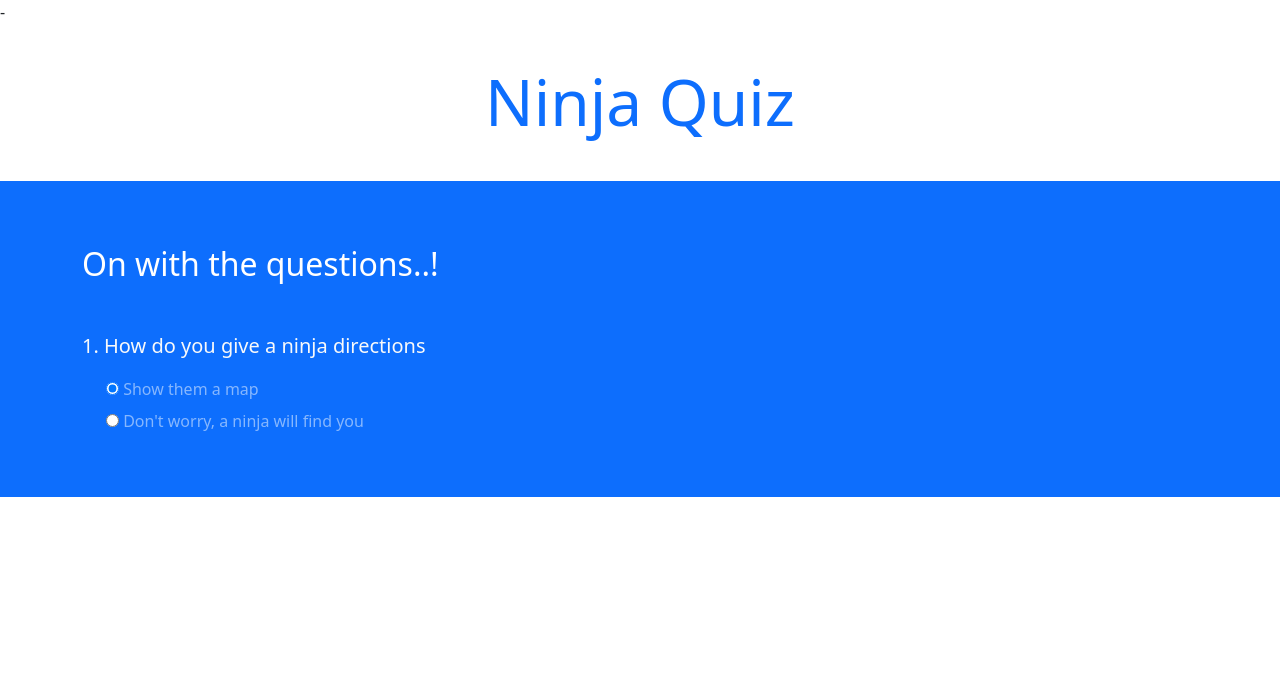
Repository: Programmer-RD-AI/Modern-JavaScript-Complete-guide-from-Novice-to-Ninja
Page: ninja_quiz/index.html
An editor plug-in stored every save of this project. The page is shown before and after the next save, followed by the edit.
The browser window is 1280 px wide. The pictures show the whole page.

Above is the page before, as saved 2023-12-26 15:28:17.

After the next save:
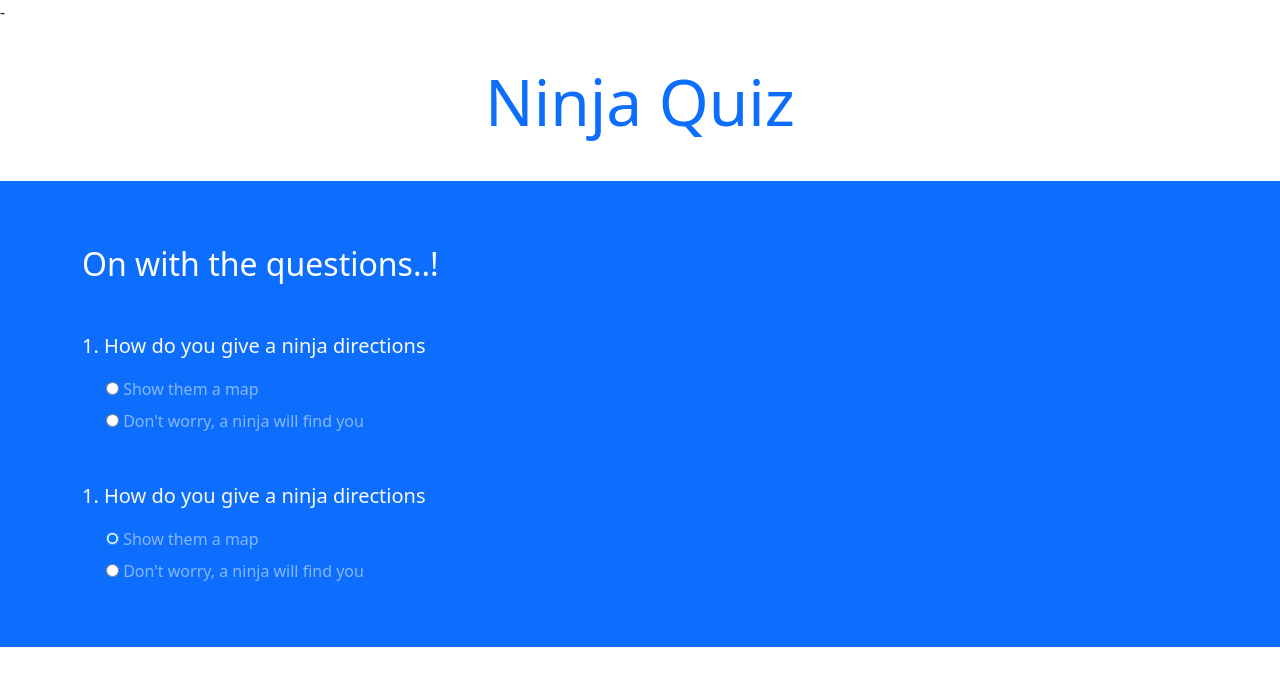
Saved 18 s later.
--- a/ninja_quiz/index.html
+++ b/ninja_quiz/index.html
@@ -39,6 +39,21 @@
               >
             </div>
           </div>
+          <div class="my-5">
+            <p class="lead font-weight-normal">
+              1. How do you give a ninja directions
+            </p>
+            <div class="form-check my-2 text-white-50">
+              <input type="radio" name="q1" value="A" checked />
+              <label class="form-check-label">Show them a map</label>
+            </div>
+            <div class="form-check my-2 text-white-50">
+              <input type="radio" name="q1" value="B" />
+              <label class="form-check-label"
+                >Don't worry, a ninja will find you</label
+              >
+            </div>
+          </div>
         </form>
       </div>
     </div>
